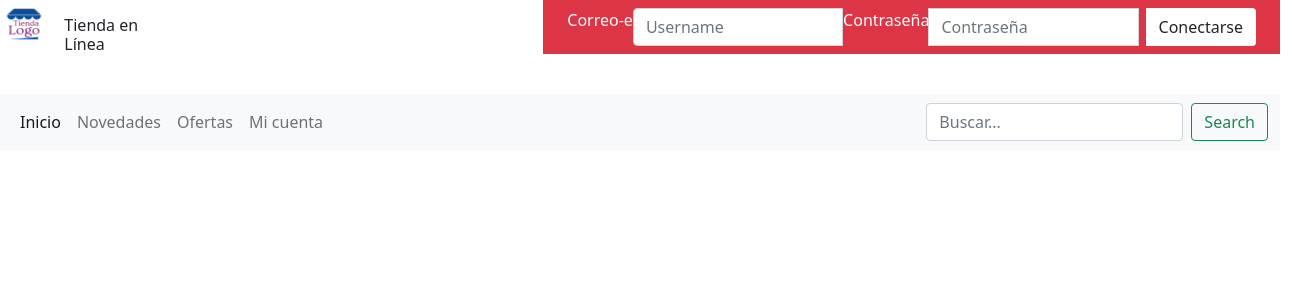
Repository: nicorp00/bootstrapSass
Page: Main/index.html
An editor plug-in stored every save of this project. The page is shown before and after a run of saves, followed by the edit.
The browser window is 1280 px wide. The page is 1292 px wide, so the pictures cover 1292 px, including what lies to the right of the window. The pictures show the whole page.
The style sheet was rebuilt from its Sass, Less or Tailwind sources for each picture, by a compiler version that may differ from the author's.

Above is the page before, as saved 2022-03-25 11:16:17.

### Main/index.html
<!DOCTYPE html>
<html lang="en">
<head>
    <meta charset="UTF-8">
    <meta http-equiv="X-UA-Compatible" content="IE=edge">
    <meta name="viewport" content="width=device-width, initial-scale=1.0">
    <title>Document</title>
    <link rel="stylesheet" href="css/style.css">
    <link rel="stylesheet" href="css/bootstrap.min.css">
</head>
<body>
    <section class="section__top row">
        <div class="col-2">
            <div class="card mb-3 border-0" style="max-width: 540px;">
                <div class="row g-0">
                  <div class="col-md-3">
                    <img src="img/logo.png" class="img-fluid rounded-start" alt="...">
                  </div>
                  <div class="col-md-9">
                    <div class="card-body">
                      <h6 class="card-title">Tienda en Línea</h6>
                    </div>
                  </div>
                </div>
              </div>
        </div>
        <div class="col-3"></div>
        <div class="top-nav col-7">
            <nav class="navbar navbar-danger bg-danger">
                <form class="container-fluid">
                  <div class="input-group">
                    <!--<span class="input-group-text" id="basic-addon1">@</span>-->
                    Correo-e<input type="text" class="form-control" placeholder="Username" aria-label="Correo@" aria-describedby="basic-addon1">
                    Contraseña<input class="form-control me-2" type="search" placeholder="Contraseña" aria-label="Search">
                    <button class="btn btn-outline" type="submit">Conectarse</button>
                  </div>
                </form>
              </nav>
        </div>
    </section>

    <section class="section__nav">
        <nav class="navbar navbar-expand-lg navbar-light bg-light">
            <div class="container-fluid">
              <button class="navbar-toggler" type="button" data-bs-toggle="collapse" data-bs-target="#navbarSupportedContent" aria-controls="navbarSupportedContent" aria-expanded="false" aria-label="Toggle navigation">
                <span class="navbar-toggler-icon"></span>
              </button>
              <div class="collapse navbar-collapse" id="navbarSupportedContent">
                <ul class="navbar-nav me-auto mb-2 mb-lg-0">
                  <li class="nav-item">
                    <a class="nav-link active" aria-current="page" href="#">Inicio</a>
                  </li>
                  <li class="nav-item">
                    <a class="nav-link" href="#">Novedades</a>
                  </li>
                  <li class="nav-item">
                    <a class="nav-link" href="#">Ofertas</a>
                  </li>
                  <li class="nav-item">
                    <a class="nav-link" href="#">Mi cuenta</a>
                  </li>
                </ul>
                <form class="d-flex">
                  <input class="form-control me-2" type="search" placeholder="Buscar..." aria-label="Search">
                  <button class="btn btn-outline-success" type="submit">Search</button>
                </form>
              </div>
            </div>
          </nav>
    </section>
    <script src="js/bootstrap.min.js"></script>
</body>
</html>

### Main/scss/style.scss
@use 'section__top';
@use 'section__nav';

### Main/scss/_section__top.scss
.section__top{
    span{
        margin-left: 20%;
    }
    form{
        color: white;
    }
    button{
        background-color: white;
    }
}

### Main/scss/_section__nav.scss
.section__nav{
    background-color: grey;

    .nav-item{
        color: white;
    }
}

Loaded but not shown: Main/css/bootstrap.min.css (library); Main/js/bootstrap.min.js (library)

After the next 2 saves:
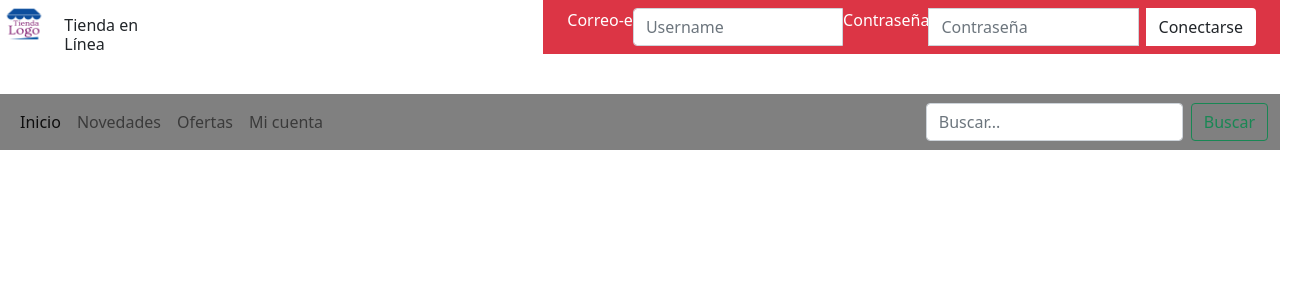
The 2 saves are shown as one change because they came seconds apart.
The last was saved 8 s later.
--- a/Main/index.html
+++ b/Main/index.html
@@ -40,7 +40,7 @@
     </section>
 
     <section class="section__nav">
-        <nav class="navbar navbar-expand-lg navbar-light bg-light">
+        <nav class="navbar navbar-expand-lg navbar-light">
             <div class="container-fluid">
               <button class="navbar-toggler" type="button" data-bs-toggle="collapse" data-bs-target="#navbarSupportedContent" aria-controls="navbarSupportedContent" aria-expanded="false" aria-label="Toggle navigation">
                 <span class="navbar-toggler-icon"></span>
@@ -62,7 +62,7 @@
                 </ul>
                 <form class="d-flex">
                   <input class="form-control me-2" type="search" placeholder="Buscar..." aria-label="Search">
-                  <button class="btn btn-outline-success" type="submit">Search</button>
+                  <button class="btn btn-outline-success" type="submit">Buscar</button>
                 </form>
               </div>
             </div>
